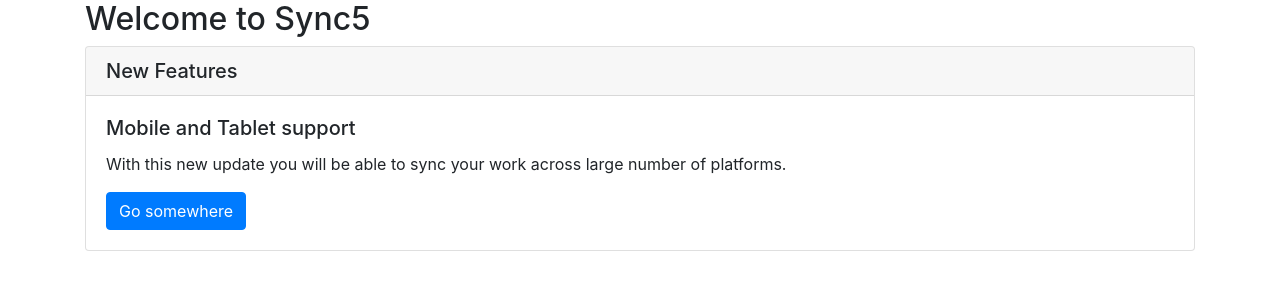
Repository: acciojob/bootstrap-card-vandanayadav15
Page: main.html
An editor plug-in stored every save of this project. The page is shown before and after the next save, followed by the edit.
The browser window is 1280 px wide. The pictures show the whole page.

Above is the page before, as saved 2022-10-28 23:23:55.

After the next save:
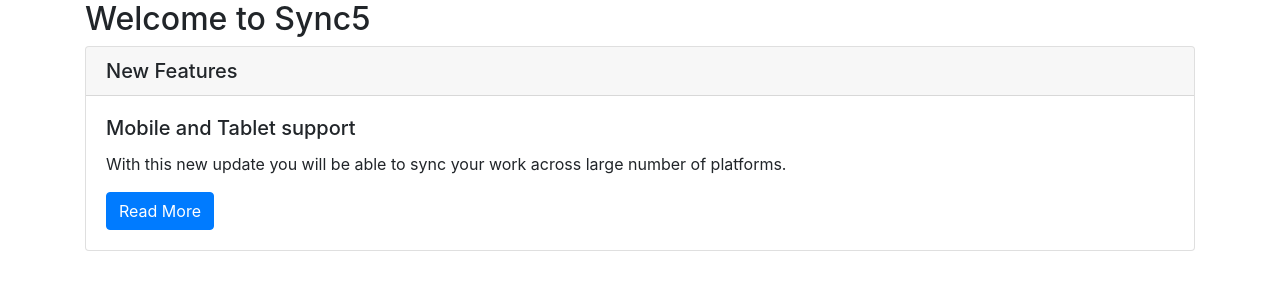
Saved 30 s later.
--- a/main.html
+++ b/main.html
@@ -20,7 +20,7 @@
 			<div class="card-body">
 				<h5 class="card-title">Mobile and Tablet support</h5>
 				<p class="card-text">With this new update you will be able to sync your work across large number of platforms.</p>
-				<a href="#" class="btn btn-primary">Go somewhere</a>
+				<a href="#" class="btn btn-primary">Read More</a>
 			</div>
 		</div>
 	</div>
